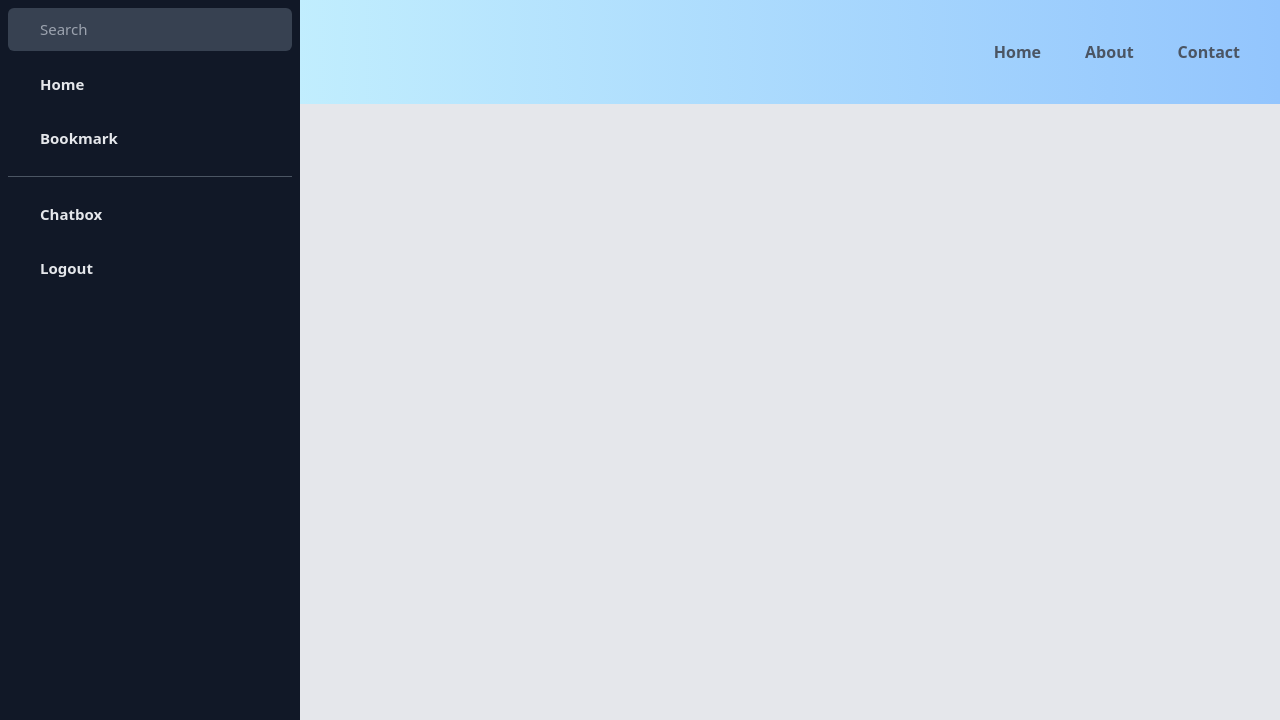
Repository: WafulaLukorito/Abie-frontend
Page: /dashboard
These files come from the project's save history. The page is drawn as it stood at one moment and after the next save; the edit follows.
The browser window is 1280 px wide. The pictures show the whole page.
The project was rebuilt for these pictures with package versions that can differ from the ones it lists, and the page was loaded fresh each time. Also part of the build but not shown: vite.config.js, src/components/Header/Button.jsx, src/components/Header/Links.jsx, src/components/Header/index.jsx, src/pages/Home.jsx, src/pages/About.jsx.

Above is the page before, as saved 2024-01-26 14:31:14.

### index.html
<!doctype html>
<html lang="en">
  <head>
    <meta charset="UTF-8" />
    <link rel="icon" type="image/svg+xml" href="src\assets\logo.png" />
    <meta name="viewport" content="width=device-width, initial-scale=1.0" />
    <title>Vite + React</title>
  </head>
  <body>
    <div id="root"></div>
    <script type="module" src="/src/main.jsx"></script>
  </body>
</html>

### src/main.jsx
import React from 'react'
import ReactDOM from 'react-dom/client'
import './index.css'
import { createBrowserRouter, RouterProvider } from 'react-router-dom'

//pages
import Home from './pages/Home'
import About from './pages/About'
import Dashboard from './pages/Dashboard'

const routes = createBrowserRouter([
  {
    path: '/',
    element: <Home/>,
  },
  {
    path: '/about',
    element: <About/>
  },
  {
    path: '/dashboard',
    element: <Dashboard/>
  },
  {
    path: '*',
    element: <div>404 Not Found</div>
  }
])

ReactDOM.createRoot(document.getElementById('root')).render(
  <React.StrictMode>
    <RouterProvider router={routes}/>
  </React.StrictMode>,
)

### src/pages/Dashboard.jsx

import Sidebar from "../components/Sidebar";
import Header from "../components/Header";
import NavBar from "../components/Navbar";

const Dashboard = () => {
    return (
        <div className="flex h-screen bg-gray-200">
            <Sidebar />
            <div className="flex flex-col flex-1 overflow-hidden">
                {/* Header */}
               <NavBar />

                {/* Main content */}
                <main className="flex-1 overflow-x-hidden overflow-y-auto bg-gray-200">
                    <div className="container mx-auto px-6 py-8">
                        {/* Main content goes here */}
                        <h1>Hello World! </h1>
                    </div>
                </main>
            </div>
        </div>
    );
}

export default Dashboard;

### src/components/Navbar/index.jsx
import React from "react";
import Logo from "../../assets/logo.png"
import { Link } from "react-router-dom";

export default function NavBar() {
  return (
    <header className="text-gray-600 body-font bg-gradient-to-r from-cyan-100 to-blue-300 text-blue-800">
      <div className="container mx-auto flex flex-wrap p-5 flex-col md:flex-row items-center">
        <a className="w-32 h-16 flex title-font font-medium items-center text-gray-900 mb-4 md:mb-0">
            <img src={Logo} alt="Logo" className="w-full h-full object-contain" />
        </a>
        <nav className="md:ml-auto flex flex-wrap items-center text-base justify-center text-2xl font-semibold gap-x-6">
          <Link to='/' className="mr-5 hover:text-gray-900">Home</Link>
          <Link to='/about' className="mr-5 hover:text-gray-900">About</Link>
          <a className="mr-5 hover:text-gray-900">Contact</a>
        </nav>
      </div>
    </header>
  );
}

### src/components/Sidebar/index.jsx
import React, { useState } from 'react';

const Sidebar = () => {
  const [isSidebarOpen, setIsSidebarOpen] = useState(true);
  const [isDropdownOpen, setIsDropdownOpen] = useState(false);

  const toggleSidebar = () => {
    setIsSidebarOpen(!isSidebarOpen);
  };

  const toggleDropdown = () => {
    setIsDropdownOpen(!isDropdownOpen);
  };

  return (
    <div className={`bg-blue-600 ${isSidebarOpen ? '' : 'hidden'}`}>
      <span
        className="absolute text-white text-4xl top-5 left-4 cursor-pointer"
        onClick={toggleSidebar}
      >
        <i className="bi bi-filter-left px-2 bg-gray-900 rounded-md"></i>
      </span>
      <div className="sidebar fixed top-0 bottom-0 lg:left-0 p-2 w-[300px] overflow-y-auto text-center bg-gray-900">
        {/* Search bar */}
        <div className="p-2.5 flex items-center rounded-md px-4 duration-300 cursor-pointer bg-gray-700 text-white">
          <i className="bi bi-search text-sm"></i>
          <input
            type="text"
            placeholder="Search"
            className="text-[15px] ml-4 w-full bg-transparent focus:outline-none"
          />
        </div>

        {/* Home link */}
        <div className="p-2.5 mt-3 flex items-center rounded-md px-4 duration-300 cursor-pointer hover:bg-blue-600 text-white">
          <i className="bi bi-house-door-fill"></i>
          <span className="text-[15px] ml-4 text-gray-200 font-bold">Home</span>
        </div>

        {/* Bookmark link */}
        <div className="p-2.5 mt-3 flex items-center rounded-md px-4 duration-300 cursor-pointer hover:bg-blue-600 text-white">
          <i className="bi bi-bookmark-fill"></i>
          <span className="text-[15px] ml-4 text-gray-200 font-bold">Bookmark</span>
        </div>

        {/* Separator */}
        <div className="my-4 bg-gray-600 h-[1px]"></div>

        {/* Chatbox dropdown */}
        <div
          className="p-2.5 mt-3 flex items-center rounded-md px-4 duration-300 cursor-pointer hover:bg-blue-600 text-white"
          onClick={toggleDropdown}
        >
          <i className="bi bi-chat-left-text-fill"></i>
          <div className="flex justify-between w-full items-center">
            <span className="text-[15px] ml-4 text-gray-200 font-bold">Chatbox</span>
            <span className={`text-sm ${isDropdownOpen ? 'rotate-0' : 'rotate-180'}`} id="arrow">
              <i className="bi bi-chevron-down"></i>
            </span>
          </div>
        </div>

        {/* Dropdown Menu */}
        {isDropdownOpen && (
          <div className="text-left text-sm mt-2 w-4/5 mx-auto text-gray-200 font-bold" id="submenu">
            <h1 className="cursor-pointer p-2 hover:bg-blue-600 rounded-md mt-1">
              Social
            </h1>
            <h1 className="cursor-pointer p-2 hover:bg-blue-600 rounded-md mt-1">
              Personal
            </h1>
            <h1 className="cursor-pointer p-2 hover:bg-blue-600 rounded-md mt-1">
              Friends
            </h1>
          </div>
        )}

        {/* Logout link */}
        <div className="p-2.5 mt-3 flex items-center rounded-md px-4 duration-300 cursor-pointer hover:bg-blue-600 text-white">
          <i className="bi bi-box-arrow-in-right"></i>
          <span className="text-[15px] ml-4 text-gray-200 font-bold">Logout</span>
        </div>
      </div>
    </div>
  );
};

export default Sidebar;

Loaded but not shown: src/index.css (common file); tailwind.config.js (common file)

After the next save:
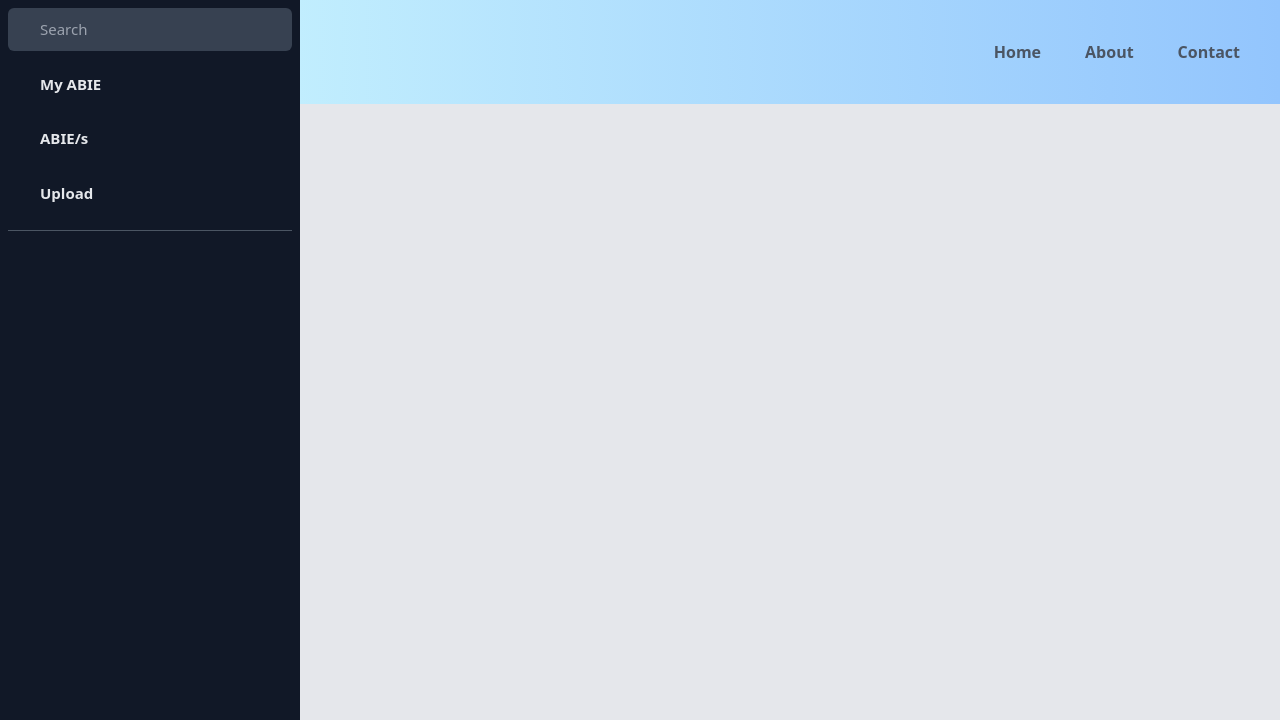
Saved 5 min 1 s later.
--- a/src/components/Sidebar/index.jsx
+++ b/src/components/Sidebar/index.jsx
@@ -34,52 +34,24 @@
         {/* Home link */}
         <div className="p-2.5 mt-3 flex items-center rounded-md px-4 duration-300 cursor-pointer hover:bg-blue-600 text-white">
           <i className="bi bi-house-door-fill"></i>
-          <span className="text-[15px] ml-4 text-gray-200 font-bold">Home</span>
+          <span className="text-[15px] ml-4 text-gray-200 font-bold">My ABIE</span>
         </div>
 
         {/* Bookmark link */}
         <div className="p-2.5 mt-3 flex items-center rounded-md px-4 duration-300 cursor-pointer hover:bg-blue-600 text-white">
           <i className="bi bi-bookmark-fill"></i>
-          <span className="text-[15px] ml-4 text-gray-200 font-bold">Bookmark</span>
+          <span className="text-[15px] ml-4 text-gray-200 font-bold">ABIE/s</span>
+        </div>
+
+        <div className="p-2.5 mt-3 flex items-center rounded-md px-4 duration-300 cursor-pointer hover:bg-blue-600 text-white">
+          <i className="bi bi-bookmark-fill"></i>
+          <span className="text-[15px] ml-4 text-gray-200 font-bold">Upload</span>
         </div>
 
         {/* Separator */}
         <div className="my-4 bg-gray-600 h-[1px]"></div>
 
-        {/* Chatbox dropdown */}
-        <div
-          className="p-2.5 mt-3 flex items-center rounded-md px-4 duration-300 cursor-pointer hover:bg-blue-600 text-white"
-          onClick={toggleDropdown}
-        >
-          <i className="bi bi-chat-left-text-fill"></i>
-          <div className="flex justify-between w-full items-center">
-            <span className="text-[15px] ml-4 text-gray-200 font-bold">Chatbox</span>
-            <span className={`text-sm ${isDropdownOpen ? 'rotate-0' : 'rotate-180'}`} id="arrow">
-              <i className="bi bi-chevron-down"></i>
-            </span>
-          </div>
-        </div>
 
-        {/* Dropdown Menu */}
-        {isDropdownOpen && (
-          <div className="text-left text-sm mt-2 w-4/5 mx-auto text-gray-200 font-bold" id="submenu">
-            <h1 className="cursor-pointer p-2 hover:bg-blue-600 rounded-md mt-1">
-              Social
-            </h1>
-            <h1 className="cursor-pointer p-2 hover:bg-blue-600 rounded-md mt-1">
-              Personal
-            </h1>
-            <h1 className="cursor-pointer p-2 hover:bg-blue-600 rounded-md mt-1">
-              Friends
-            </h1>
-          </div>
-        )}
-
-        {/* Logout link */}
-        <div className="p-2.5 mt-3 flex items-center rounded-md px-4 duration-300 cursor-pointer hover:bg-blue-600 text-white">
-          <i className="bi bi-box-arrow-in-right"></i>
-          <span className="text-[15px] ml-4 text-gray-200 font-bold">Logout</span>
-        </div>
       </div>
     </div>
   );
